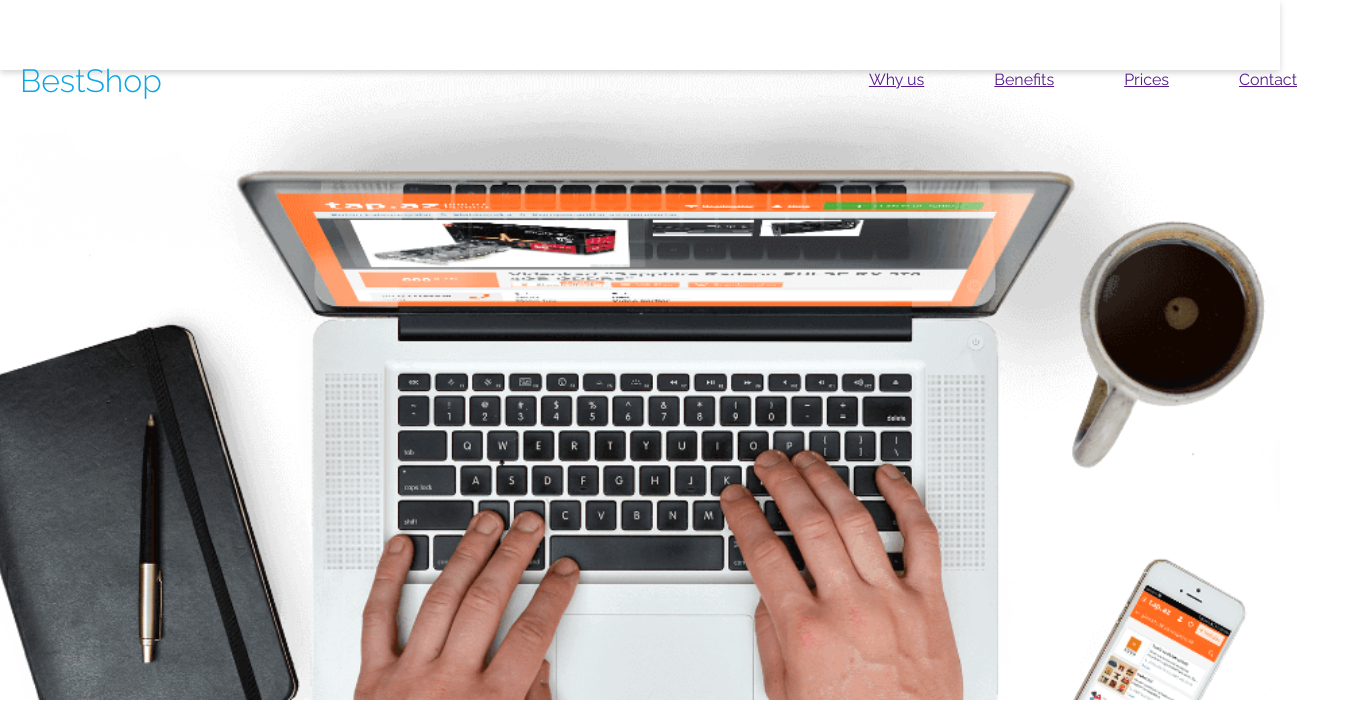
Repository: Widzisz/bestshop-website
Page: index.html
The author's editor kept a copy of each file at every save. The page is drawn from the files as they stood at one save, then again after the next save.
The browser window is 1280 px wide. The page is 1352 px wide, so the pictures cover 1352 px, including what lies to the right of the window. The pictures show the whole page.

Above is the page before, as saved 2021-03-19 12:20:51.

After the next save:
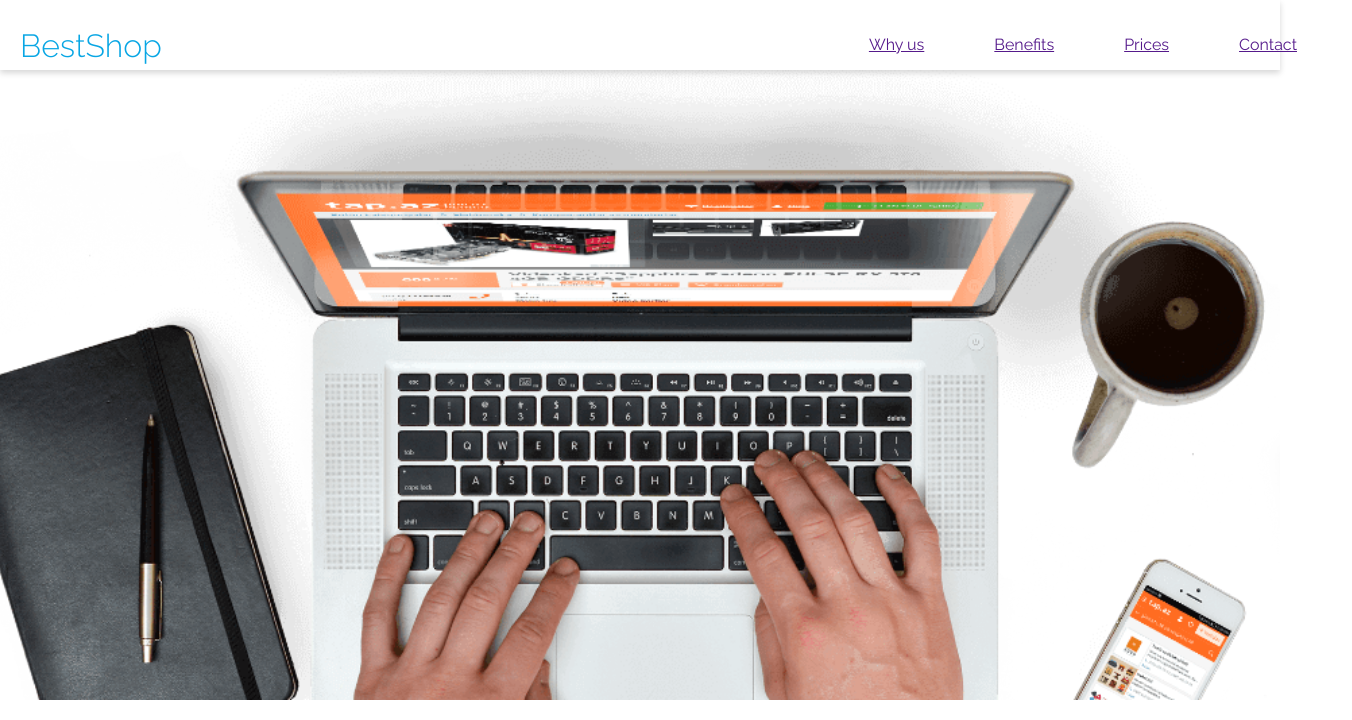
Saved 22 s later.
--- a/css/style.css
+++ b/css/style.css
@@ -80,6 +80,6 @@ body {
 
 .menu__list li {
     list-style-type: none;
-    padding: 35px;
+    margin: 0 35px;
 
 }
